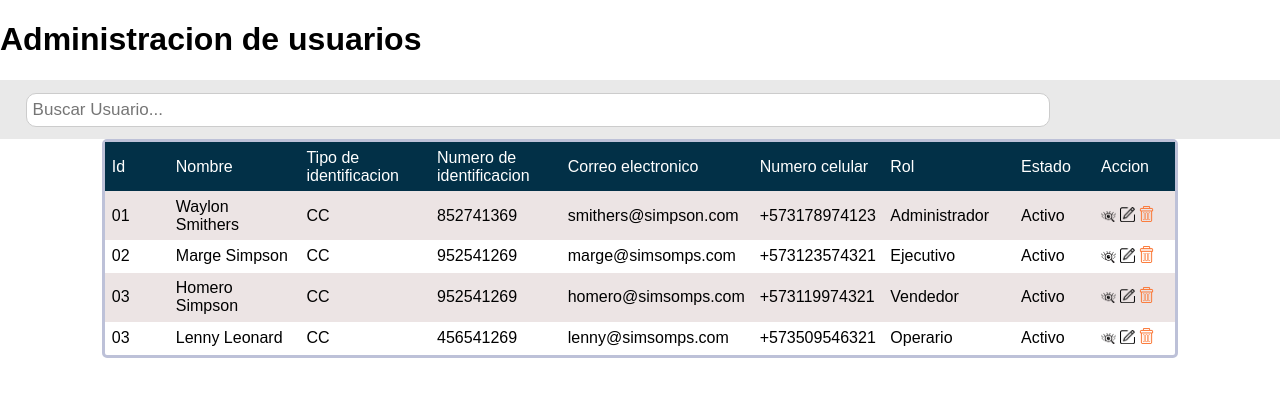
Repository: AlexanderBarona/Proyecto_Ciclo3_Mintic
Page: PaginaWeb/pages/admin_user.html
An editor plug-in stored every save of this project. The page is shown before and after the next save, followed by the edit.
The browser window is 1280 px wide. The pictures show the whole page.

Above is the page before, as saved 2021-09-30 14:09:08.

### PaginaWeb/pages/admin_user.html
<!DOCTYPE html>
<html>

   <head>
      <title>Administracion de Usuarios</title>
      <link href="../css/style.css" rel="stylesheet" type="text/css">
      <link href="../css/admin_user.css" rel="stylesheet" type="text/css">
   </head>
   <body class="admin_user">
      <header>
         <h1>Administracion de usuarios</h1>
      </header>
      <main>
        <div class="TopBar">
            <div class="Search ">
                <input type="text" placeholder="Buscar Usuario...">
            </div>

        </div>

        <div class="table_principal">
            <table class="table_entity">

              <tbody class="table_body" >

                  <tr class="table_header" >

                    <td class="table_cell">Id</td>
                    <td class="table_cell">Nombre</td>
                    <td class="table_cell">Tipo de identificacion</td>
                    <td class="table_cell">Numero de identificacion</td>
                    <td class="table_cell">Correo electronico</td>
                    <td class="table_cell">Numero celular</td>
                    <td class="table_cell">Rol</td>
                    <td class="table_cell">Estado</td>
                    <td class="table_cell">Accion</td>

                  </tr>

                  <tr >
                    <td class="table_cell">01</td>
                    <td class="table_cell">Waylon Smithers</td>
                    <td class="table_cell">CC</td>
                    <td class="table_cell">852741369</td>
                    <td class="table_cell">smithers@simpson.com</td>
                    <td class="table_cell">+573178974123</td>
                    <td class="table_cell">Administrador</td>
                    <td class="table_cell">Activo</td>
                    <td class="table_cell">
                      <div class="icon_container">
                        <nav>
                          <a href="icon_table">
                            <img class="icon_cell" src="../images/IconRead.ico">
                          </a>
                          <a href="icon_table">
                            <img class="icon_cell" src="../images/IconUpdate.ico">
                          </a>
                          <a href="icon_table">
                            <img class="icon_cell" src="../images/IconDelete.ico">
                          </a>
                        </nav>
                    </div>

                    </td>
                  </tr>

                <tr >
                  <td class="table_cell">02</td>
                  <td class="table_cell">Marge Simpson</td>
                  <td class="table_cell">CC</td>
                  <td class="table_cell">952541269</td>
                  <td class="table_cell">marge@simsomps.com</td>
                  <td class="table_cell">+573123574321</td>
                  <td class="table_cell">Ejecutivo</td>
                  <td class="table_cell">Activo</td>
                  <td class="table_cell">
                    <div class="icon_container">
                      <nav>
                        <a href="icon_table">
                          <img class="icon_cell" src="../images/IconRead.ico">
                        </a>
                        <a href="icon_table">
                          <img class="icon_cell" src="../images/IconUpdate.ico">
                        </a>
                        <a href="icon_table">
                          <img class="icon_cell" src="../images/IconDelete.ico">
                        </a>
                      </nav>
                  </div>
                  </td>
                </tr>

                <tr >
                    <td class="table_cell">03</td>
                    <td class="table_cell">Homero Simpson</td>
                    <td class="table_cell">CC</td>
                    <td class="table_cell">952541269</td>
                    <td class="table_cell">homero@simsomps.com</td>
                    <td class="table_cell">+573119974321</td>
                    <td class="table_cell">Vendedor</td>
                    <td class="table_cell">Activo</td>
                    <td class="table_cell">

                                    <div class="icon_container">
                                        <nav>
                                          <a href="icon_table">
                                            <img class="icon_cell" src="../images/IconRead.ico">
                                          </a>
                                          <a href="icon_table">
                                            <img class="icon_cell" src="../images/IconUpdate.ico">
                                          </a>
                                          <a href="icon_table">
                                            <img class="icon_cell" src="../images/IconDelete.ico">
                                          </a>
                                        </nav>
                                    </div>


                    </td>
                </tr>
                <tr >
                    <td class="table_cell">03</td>
                    <td class="table_cell">Lenny Leonard</td>
                    <td class="table_cell">CC</td>
                    <td class="table_cell">456541269</td>
                    <td class="table_cell">lenny@simsomps.com</td>
                    <td class="table_cell">+573509546321</td>
                    <td class="table_cell">Operario</td>
                    <td class="table_cell">Activo</td>
                    <td class="table_cell">
                      <div class="icon_container">
                        <nav>
                          <a href="icon_table">
                            <img class="icon_cell" src="../images/IconRead.ico">
                          </a>
                          <a href="icon_table">
                            <img class="icon_cell" src="../images/IconUpdate.ico">
                          </a>
                          <a href="icon_table">
                            <img class="icon_cell" src="../images/IconDelete.ico">
                          </a>
                        </nav>
                    </div>
                    </td>
                </tr>
              </tbody>
            </table>
        </div>
      </main>
      <footer>
      </footer>
   </body>
</html>

### PaginaWeb/css/style.css
* {
  box-sizing: border-box;
}

body {
  margin: 0;
  font-family: Arial, Helvetica, sans-serif;
}

### PaginaWeb/css/admin_user.css
/* css barra busqueda*/
@media screen and (max-width: 600px) {
  .Search a,
  .Search input[type="text"] {

    display: block;
    text-align: left;
    width: 100%;
    margin: 0 auto;
    padding: 14px;
    align-items: center;
  }
}

.admin_user .Search {
    overflow: hidden;
    background-color: #e9e9e9;
   display: block;
   width: 100%;
  }

.Search a {

    display: block;
    color: black;
    text-align: center;
    padding: 14px 16px;
    text-decoration: none;
    font-size: 17px;
  }

  .Search a:hover {
    background-color: #ddd;
    color: black;
  }

  .Search a.active {
    background-color: #9dcaf0;
    color: white;
  }

  .Search input[type="text"] {
    float: center;
    border-radius: 10px;
    border: 1px solid rgb(174, 204, 218);
    padding: 6px;
    margin-top: 1%;
    margin-right: 2%;
    margin-left: 2%;
    margin-bottom: 1%;
    font-size: 17px;
    width: 80%;
  }
  .Search input[type="text"] {
    border: 1px solid #ccc;
  }

 /* css tabla*/

  .table_entity {
    table-layout: fixed;
    width: 84%;
    margin: 0 auto;
    border-collapse: separate;
    border-spacing: 0px;
    border-radius: 5px;
    border: 3px solid rgb(189, 193, 216);

  }

  .table_entity td:first-child {
    width: 4em;
  }
  .table_entity td:nth-child(9) {
    width: 5em;
  }
  .table_entity td:nth-child(8) {
    width: 5em;

  }
  .table_entity td:nth-child(5) {
    width: 12em;
  }


  .table_header {
    background-color: #023047;
    color: #fff;

  }

  .table_entity tr:nth-child(even) {
  background-color: #ece4e4;
}
/* css tabla perfiles*/
.table_entity2 {
  table-layout: fixed;
  width: 84%;
  margin: 0 auto;
  border-collapse: separate;
  border-spacing: 0px;
  border-radius: 5px;
  border: 3px solid rgb(189, 193, 216);

}

.table_entity2 td:first-child {
  width: 4em;
}

.table_entity2 td:nth-child(2) {
  width: 16em;
}


.table_entity2 td:nth-child(6) {
  width: 4.5em;

}


.table_entity2 tr:nth-child(even) {
background-color: #ece4e4;
}


  th, td {

      word-wrap: break-word;
      padding: 0.4em;
      margin: 0em;
  }
  /* iconos */
  .icon_cell {

    height: 28%;
    width: 22%;
    margin: 0 auto 0 0;


}

.icon_container a , .icon_container a:visited {


  text-decoration: none;

}
/* css checkbox */

.checkbox_container input[type="checkbox"]  {
  content: "";
  width: 2em;
  height: 2em;
  border: 4px solid #bf810f;
  float: left;
  margin: 0 auto 0 0;
  border-right: 0;
  border-top: 0;


}
.checkbox_container input[type="checkbox"]:checked   {
  content: "";
  width: 2.2em;
  height: 2.2em;
  border: 4px solid #bf810f;
  color: #bf810f;
  background-color:#bf810f ;
  float: left;
  margin: 0 auto 0 0;
  border-right: 0;
  border-top: 0;


}

After the next save:
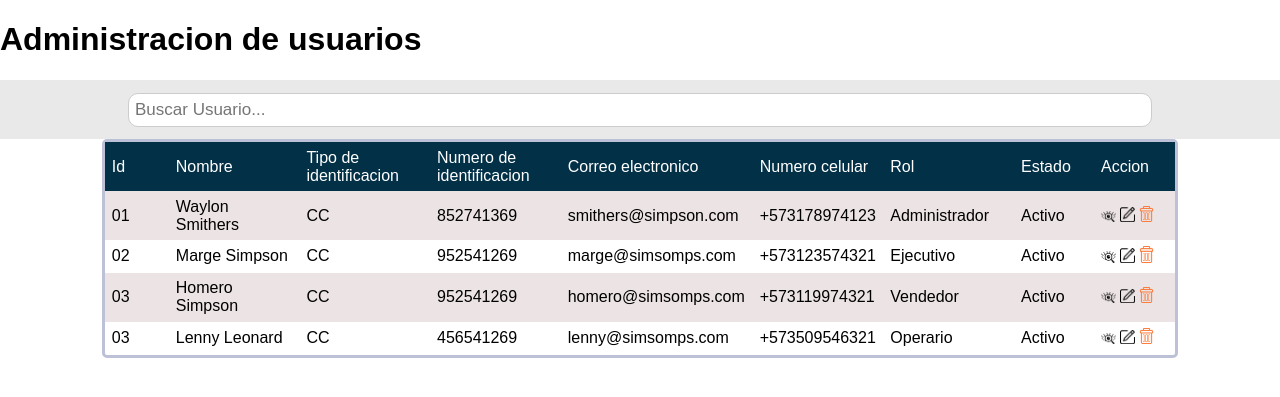
Saved 55 s later.
--- a/PaginaWeb/css/admin_user.css
+++ b/PaginaWeb/css/admin_user.css
@@ -13,10 +13,11 @@
 }
 
 .admin_user .Search {
-    overflow: hidden;
-    background-color: #e9e9e9;
+   overflow: hidden;
+   background-color: #e9e9e9;
    display: block;
    width: 100%;
+   text-align: center;
   }
 
 .Search a {
